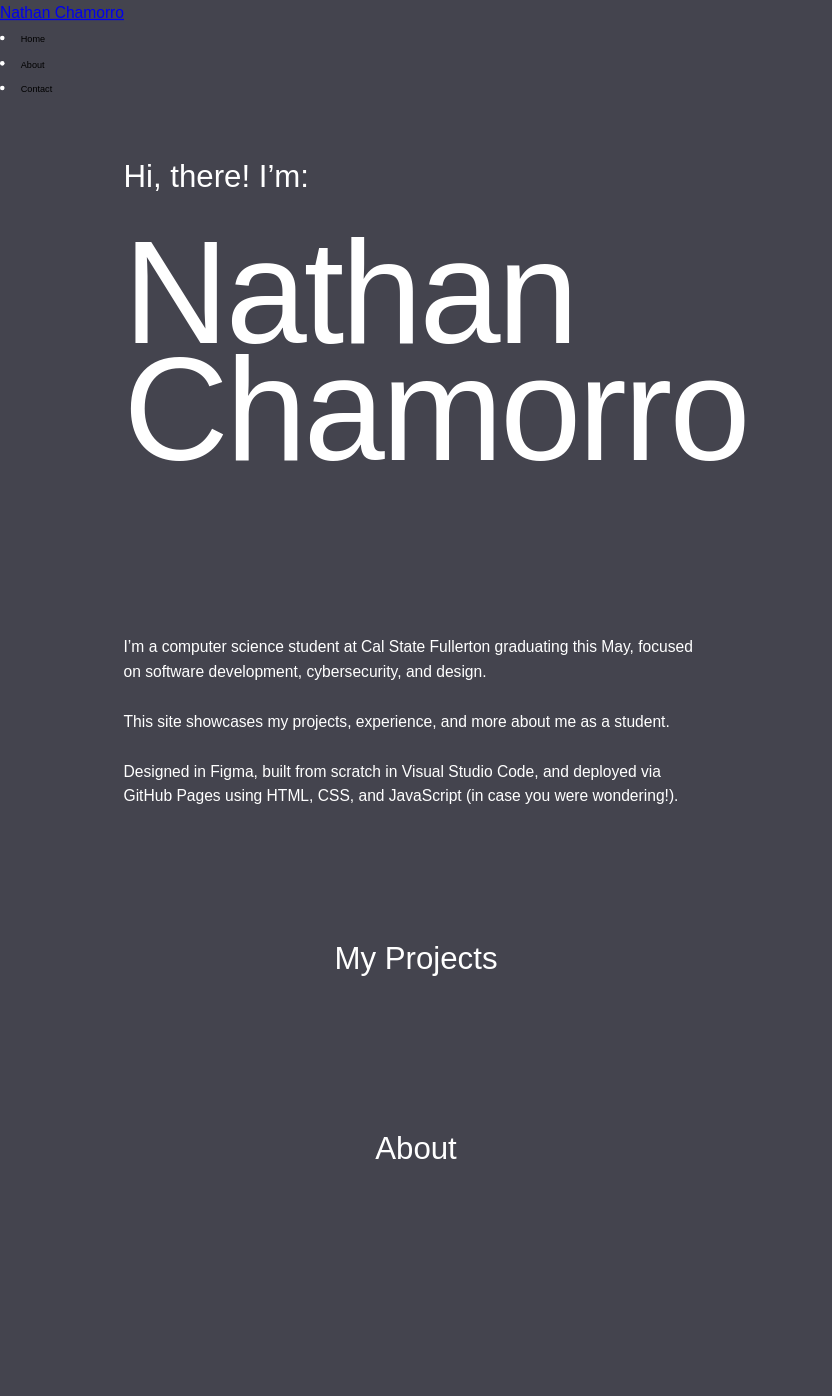
Repository: nathanchamorro1/nathanchamorro1.github.io
Page: index.html
The author's editor kept a copy of each file at every save. The page is drawn from the files as they stood at one save, then again after the next save.
The browser window is 1280 px wide. The pictures show the whole page, at 65% of full size.
Some web fonts or font styles are not loaded; a fallback is used.

Above is the page before, as saved 2026-02-17 17:02:35.

### index.html
<!DOCTYPE html>
<html lang="en">

<head>
<meta charset="UTF-8">
<meta name="viewport" content = "width=device-width,initial-scale=1">
<title>Nathan Chamorro's Portfolio</title>
<link rel = "icon" type = "image/x-icon" href = "/assets/snoopy-favicon.ico">
<link rel="stylesheet" href="https://use.typekit.net/lhh1weh.css">
<link rel="stylesheet" href="css/style.css">
</head>

<div class="layout">
  <nav class="sidebar">
    <a href="#home" class="nav-logo">Nathan Chamorro</a>
      <li><a href="#home" class="nav-link">Home</a></li>
            <li><a href="#about" class="nav-link">About</a></li>
      <li><a href="#contact" class="nav-link">Contact</a></li>
      </nav>

  <main class="content">
    <div class="content-wrapper">
  <section class="hero">
    <h2 class="reveal">Hi, there! I’m:</h2>
    <h1 class="reveal">Nathan Chamorro</h1>
  </section>
      <p class="reveal">
        <br>I’m a computer science student at Cal State Fullerton graduating this May, focused on software development, cybersecurity, and design. <br>
        <br>This site showcases my projects, experience, and more about me as a student.<br>
        <br>Designed in Figma, built from scratch in Visual Studio Code, and deployed via GitHub Pages using HTML, CSS, and JavaScript (in case you were wondering!). <br>
      </p>
    </section>

        <section id="projects" class="content-wrapper">
      <h3 class="reveal">My Projects</h3>
    </section>

    <section id="about" class="content-wrapper">
      <h3 class="reveal">About</h3>
    </section>

    <section id="contact" class="content-wrapper">
      <h3 class="reveal">Contact</h3>
    </section>
  </main>
</div>
<script src = "js/script.js"></script>

### css/style.css
body {
  background-color: #44444E;
  color: white;
  margin: 0;
  font-family: museo-sans, sans-serif;
  font-weight: 300;
  font-style: normal;
  font-variation-settings: "slnt" 0, "wght" 400;
  line-height: 1.6;
  font-size: 1.5rem;
}

.content-wrapper {
  max-width: 900px;
  margin: 0 auto;
  padding: 0 40px;
  padding-top: 80px;
  display: flex;
  flex-direction: column;
  gap: 40px;
}

.hero {
    min-height: calc(100vh - 80px);
    display: flex;
    align-items: flex-start;
    flex-direction: column;
    justify-content: flex-start;
    padding-top: 0px;
    text-align: left;
}

h1 {
    color: white;
    font-family: "instrument-serif", sans-serif;
    font-size: 14rem;
    font-weight: 400;
    font-variation-settings: "wght" 400;
    line-height: 0.8;
    margin: 0;
    letter-spacing: -0.02em;
}

h2 {
    color: white;
    font-family: "instrument-serif", sans-serif;
    font-weight: 400;
    font-variation-settings: "wght" 400;
    font-size: 3rem;
    opacity: 0.8;
    margin-bottom: 50px;
    margin-top: 0;
}

h3 {
    color: white;
    font-family: "instrument-serif", sans-serif;
    font-weight: 400;
    font-variation-settings: "wght" 400;
    font-size: 3rem;
    opacity: 0.8;
}

.reveal {
    opacity: 0;
    transform: translateY(20px);
    transition: opacity 0.7s ease, transform 0.7s ease;
}

.reveal-visible {
    opacity: 1;
    transform: translateY(0);
}

.navbar {
    position: fixed;
    top: 0;
    width: 100%;
    background: white;
    box-shadow: 0 2px 10px rgba(0,0,0,0.05);
    z-index: 1000;
}

.nav-container {
    max-width: 1000px;
    margin: 0 auto;
    display: flex;
    justify-content: space-between;
    align-items: left;
    padding: 15px 20px
}

.nav-menu {
    list-style: none;
    display: flex;
    gap: 25px;
    margin: 0;
    padding: 0;
}

.nav-link {
    text-decoration: none;
    color: black;
    font-size: 14px;
    position: relative;
}

.nav-link:hover {
    opacity: 0.6;
}

### js/script.js
const reveals = document.querySelectorAll(".reveal");

function revealOnScroll() {
  const windowHeight = window.innerHeight;

  reveals.forEach(el => {
    const elementTop = el.getBoundingClientRect().top;

    if (elementTop < windowHeight - 200) {
      el.classList.add("reveal-visible");
    }
  });
}

window.addEventListener("scroll", revealOnScroll);
revealOnScroll();

After the next save:
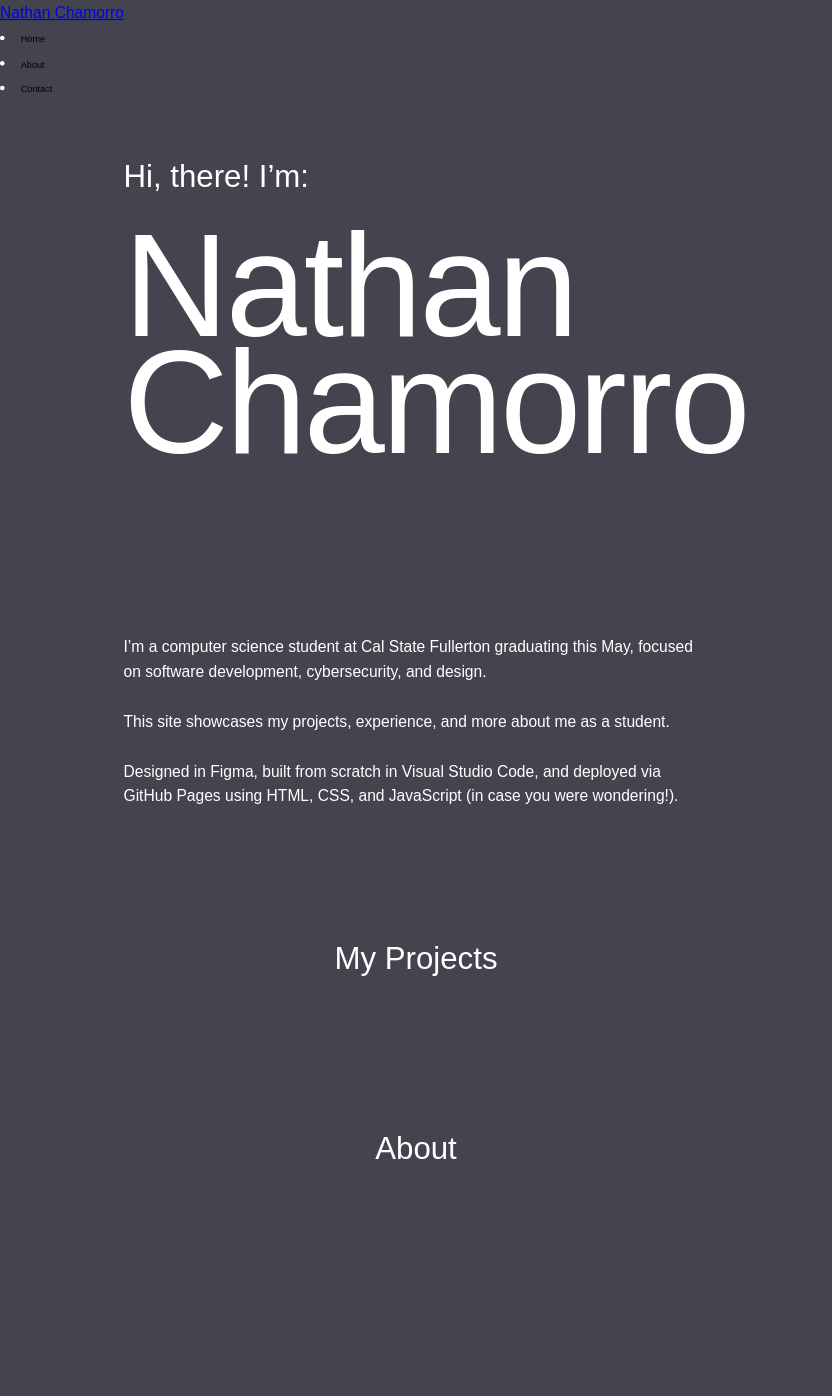
Saved 4 s later.
--- a/css/style.css
+++ b/css/style.css
@@ -48,7 +48,7 @@ h2 {
     font-variation-settings: "wght" 400;
     font-size: 3rem;
     opacity: 0.8;
-    margin-bottom: 50px;
+    margin-bottom: 40px;
     margin-top: 0;
 }
 
